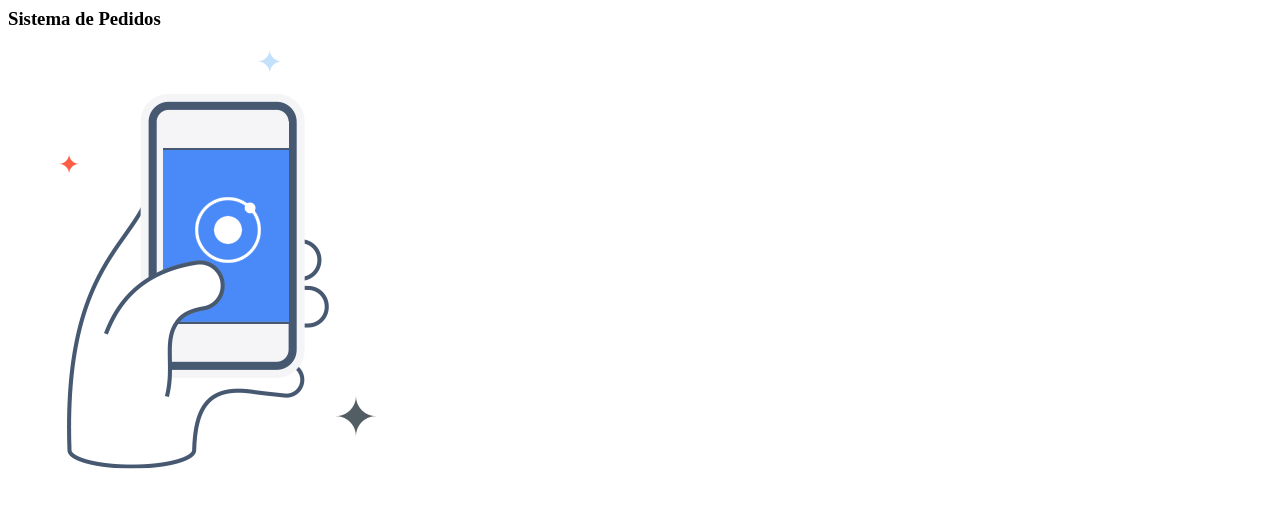
Repository: Matheus-Bandeira/ionic-ui
Page: src/pages/home/home.html
These files come from the project's save history. The page is drawn as it stood at one moment and after the next save; the edit follows.
The browser window is 1280 px wide. The pictures show the whole page.

Above is the page before, as saved 2019-03-08 14:06:02.

### src/pages/home/home.html
<ion-content padding>
  <h3>Sistema de Pedidos</h3>

  <img src="assets/imgs/tela-inicial.png" alt="logo">
</ion-content>

After the next save:
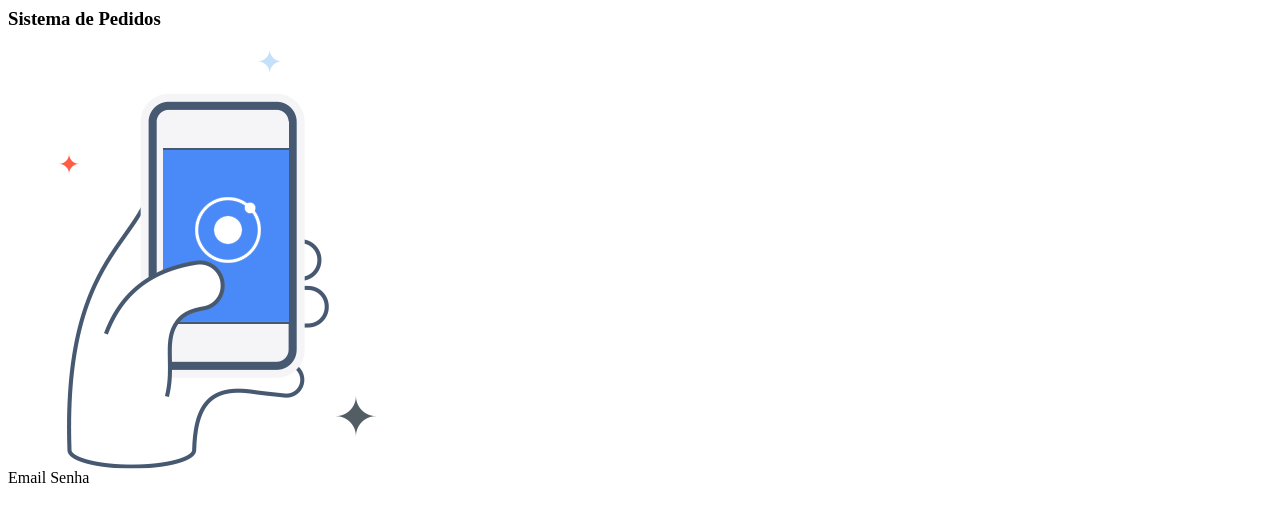
Saved 4 min 32 s later.
--- a/src/pages/home/home.html
+++ b/src/pages/home/home.html
@@ -2,4 +2,16 @@
   <h3>Sistema de Pedidos</h3>
 
   <img src="assets/imgs/tela-inicial.png" alt="logo">
+
+  <form>
+    <ion-item>
+      <ion-label>Email</ion-label>
+      <ion-input type="text"></ion-input>
+    </ion-item>
+
+    <ion-item>
+      <ion-label>Senha</ion-label>
+      <ion-input type="password"></ion-input>
+    </ion-item>
+  </form>
 </ion-content>
